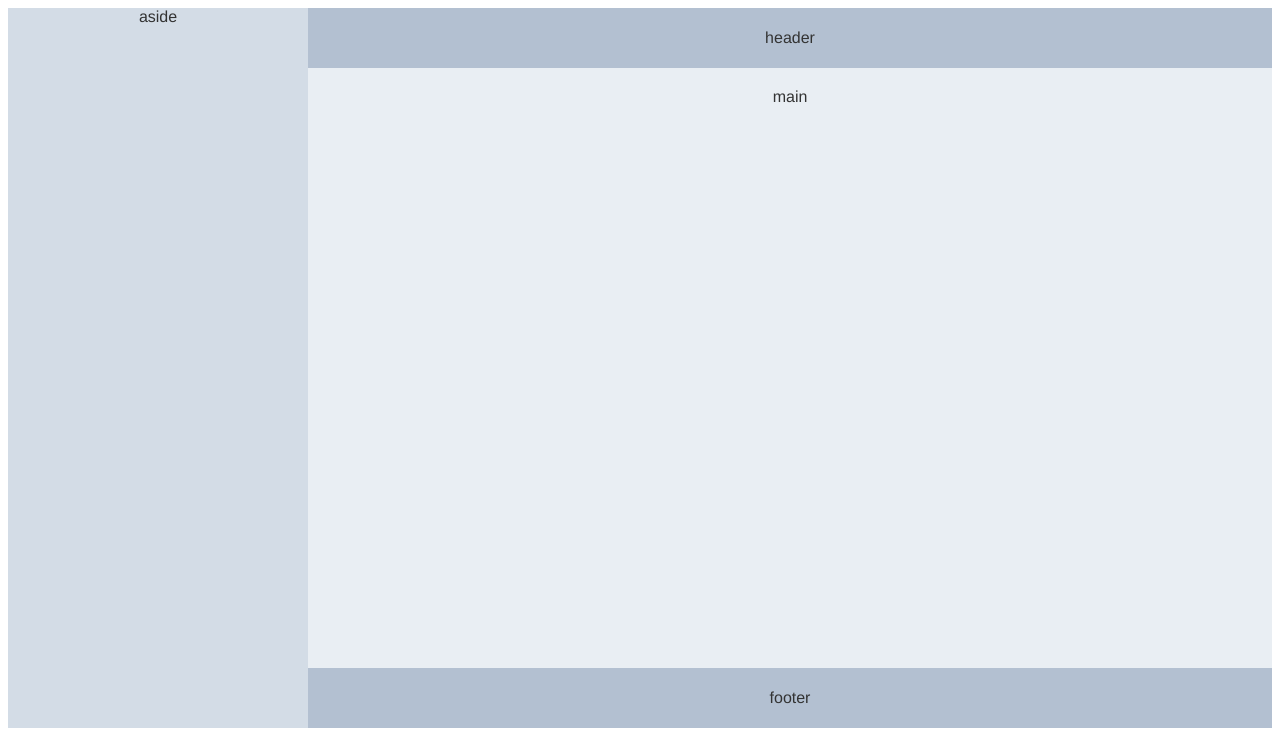
Repository: lagezhou888/element-vue2
Page: /#/button
An editor plug-in stored every save of this project. The page is shown before and after the next save, followed by the edit.
The browser window is 1280 px wide. The pictures show the whole page.
The project was rebuilt for these pictures with package versions that can differ from the ones it lists, and the page was loaded fresh each time. Also part of the build but not shown: src/components/HelloWorld.vue, src/views/Home.vue.

Above is the page before, as saved 2021-05-13 15:29:43.

After the next save:
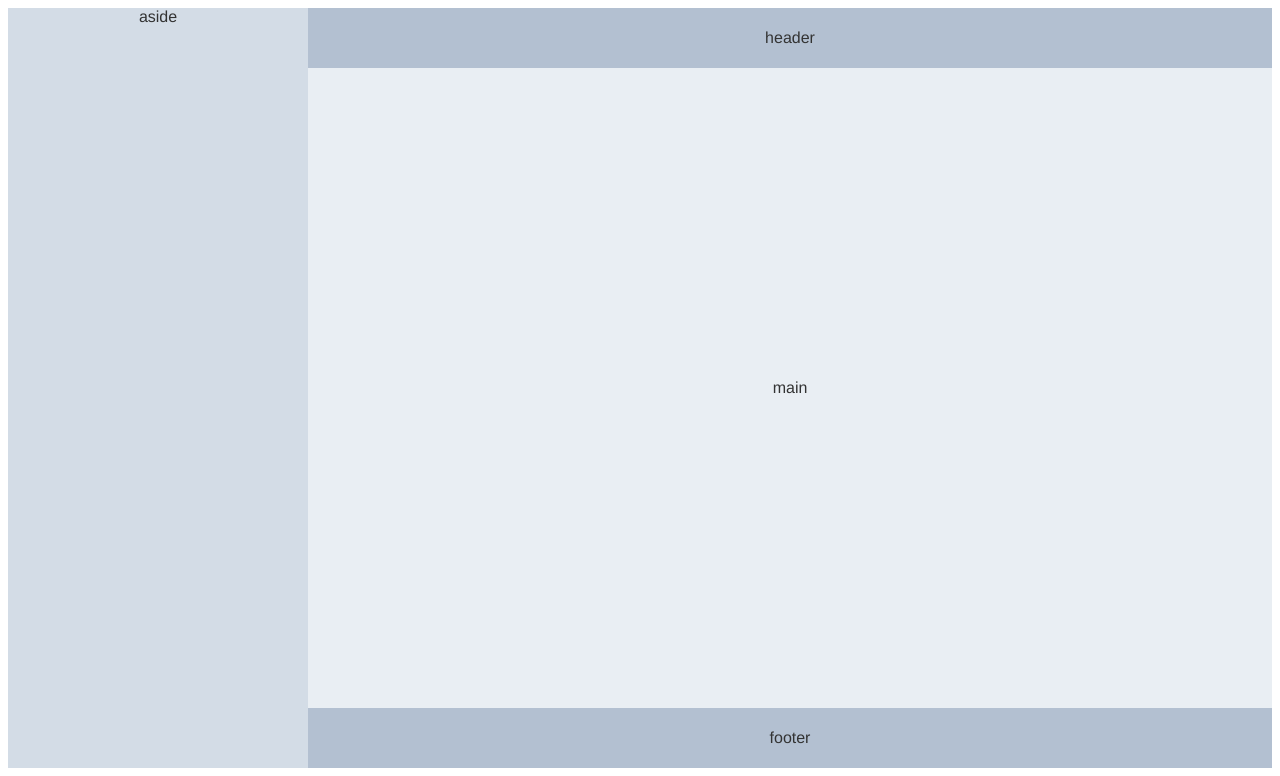
Saved 19 s later.
--- a/src/views/components/use-button.vue
+++ b/src/views/components/use-button.vue
@@ -59,7 +59,7 @@
     background-color: #E9EEF3;
     color: #333;
     text-align: center;
-    height: calc(100vh - 120px)
+    line-height: calc(100vh - 120px)
   }
   .el-container:nth-child(5) .el-aside,
   .el-container:nth-child(6) .el-aside {

After the save that followed:
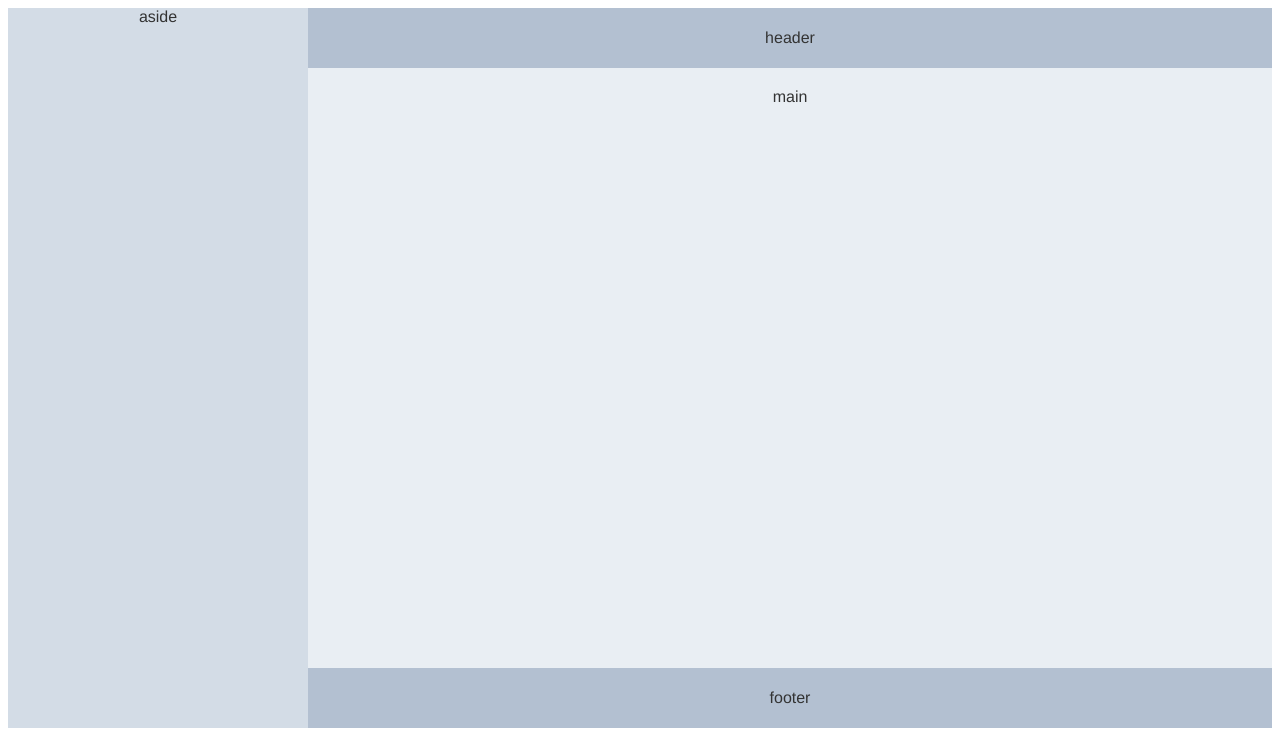
Saved 5 s later.
--- a/src/views/components/use-button.vue
+++ b/src/views/components/use-button.vue
@@ -59,7 +59,7 @@
     background-color: #E9EEF3;
     color: #333;
     text-align: center;
-    line-height: calc(100vh - 120px)
+    height: calc(100vh - 120px)
   }
   .el-container:nth-child(5) .el-aside,
   .el-container:nth-child(6) .el-aside {
